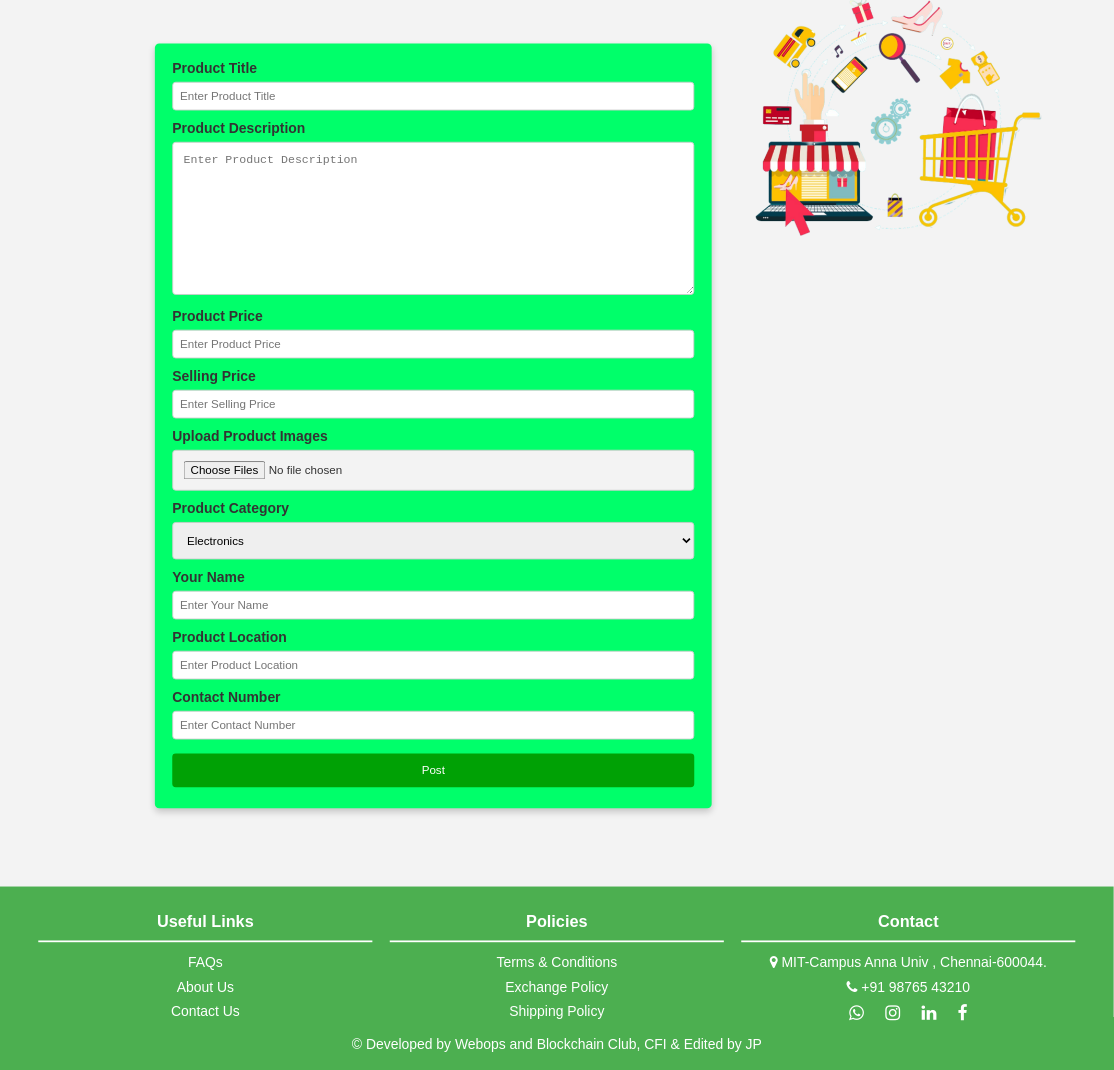
Repository: John-Prabu-A/web-dev-summer-school
Page: Session_1_Assignment/sell.html
These files come from the project's save history. The page is drawn as it stood at one moment and after the next save; the edit follows.
The browser window is 1280 px wide. The pictures show the whole page, at 87% of full size.

Above is the page before, as saved 2024-06-20 15:41:32.

### Session_1_Assignment/sell.html
<!DOCTYPE html>
<html lang="en">

<head>
    <meta charset="UTF-8">
    <meta name="viewport" content="width=device-width, initial-scale=1.0">
    <title>InstiOLX</title>
    <link rel="stylesheet" href="Styles.css">
    <link rel="stylesheet" href="https://cdnjs.cloudflare.com/ajax/libs/font-awesome/4.7.0/css/font-awesome.min.css">

    <style>
        body {
            font-family: Arial, Helvetica, sans-serif;
            background-color: #f3f3f3;
        }

        img {
            display:inline;
            position: fixed;
            right: 0;
            padding: 16px;
            bottom: 30dvw;
            width: 40%;
            height: auto;
            z-index: -1;
            box-sizing: border-box;
        }

        .container {
            display:inline-block;
            position: relative;
            padding: 16px;
            background-color: white;
            left: 10%;
            margin: 50px;
            width: 50%;
            border-radius: 10px;
            box-shadow: 0 4px 8px 0 rgba(0, 0, 0, 0.2);
        }

        input[type=text],
        select,
        textarea {
            width: 100%;
            padding: 8px;
            border: 1px solid #ccc;
            border-radius: 4px;
            box-sizing: border-box;
            margin-top: 6px;
            margin-bottom: 12px;
            resize: vertical;
        }

        button {
            background-color: #00a105;
            color: white;
            padding: 12px 20px;
            margin: 4px 0;
            border: none;
            border-radius: 4px;
            cursor: pointer;
            width: 100%;
        }

        button:hover {
            background-color: #007506;
        }

        .container {
            border-radius: 5px;
            background-color: #00ff6a;
            padding: 20px;
        }

        .container label {
            font-weight: bold;
        }

        .container select {
            width: 100%;
            padding: 12px;
            border: 1px solid #ccc;
            border-radius: 4px;
            box-sizing: border-box;
            margin-top: 6px;
            margin-bottom: 12px;
            resize: vertical;
        }

        .container textarea {
            width: 100%;
            padding: 12px;
            border: 1px solid #ccc;
            border-radius: 4px;
            box-sizing: border-box;
            margin-top: 6px;
            margin-bottom: 12px;
            resize: vertical;
        }

        .container input[type=file] {
            width: 100%;
            padding: 12px;
            border: 1px solid #ccc;
            background-color: #f3f3f3;
            border-radius: 4px;
            box-sizing: border-box;
            margin-top: 6px;
            margin-bottom: 12px;
            resize: vertical;
        }
    </style>
</head>

<body>
    <img src="/Session_1_Assignment/sell-page-bg.png" alt="sell-page-image">
    <form action="" class="container" method="post">
        <label for="product-title"><b>Product Title</b></label>
        <input type="text" placeholder="Enter Product Title" name="product-title" required>

        <Lable for="product-description"><b>Product Description</b></Lable>
        <textarea name="product-description" id="product-description" cols="30" rows="10"
            placeholder="Enter Product Description" required></textarea>

        <label for="product-price"><b>Product Price</b></label>
        <input type="text" placeholder="Enter Product Price" name="product-price" required>

        <label for="selling-price"><b>Selling Price</b></label>
        <input type="text" placeholder="Enter Selling Price" name="selling-price" required>

        <!-- multiple photo upload -->
        <label for="product-image"><b>Upload Product Images</b></label>
        <input type="file" name="product-image" id="product-image" multiple required>

        <label for="product-category"><b>Product Category</b></label>
        <select name="product-category" id="product-category" required>
            <option value="electronics">Electronics</option>
            <option value="furniture">Furniture</option>
            <option value="vehicles">Vehicles</option>
            <option value="clothing">Clothing</option>
            <option value="books">Books</option>
            <option value="miscellaneous">Miscellaneous</option>
            <option value="other">Other</option>
        </select>

        <label for="seller-name"><b>Your Name</b></label>
        <input type="text" placeholder="Enter Your Name" name="seller-name" required>

        <label for="product-location"><b>Product Location</b></label>
        <input type="text" placeholder="Enter Product Location" name="product-location" required>

        <label for="product-contact"><b>Contact Number</b></label>
        <input type="text" placeholder="Enter Contact Number" name="product-contact" required>

        <button type="submit">Post</button>
    </form>
    <footer class="footer">
        <div class="footer-container">
            <div class="footer-column">
                <h3>Useful Links</h3>
                <ul>
                    <li><a href="#">FAQs</a></li>
                    <li><a href="#">About Us</a></li>
                    <li><a href="#">Contact Us</a></li>
                </ul>
            </div>
            <div class="footer-column">
                <h3>Policies</h3>
                <ul>
                    <li><a href="#">Terms & Conditions</a></li>
                    <li><a href="#">Exchange Policy</a></li>
                    <li><a href="#">Shipping Policy</a></li>
                </ul>
            </div>
            <div class="footer-column">
                <h3>Contact</h3>
                <p><i class="fa fa-map-marker"></i> MIT-Campus Anna Univ , Chennai-600044.</p>
                <p><i class="fa fa-phone"></i> +91 98765 43210</p>
                <div class="social-icons">
                    <a href="#" class="fa fa-whatsapp"></a>
                    <a href="#" class="fa fa-instagram"></a>
                    <a href="#" class="fa fa-linkedin"></a>
                    <a href="#" class="fa fa-facebook"></a>
                </div>
            </div>
            © Developed by Webops and Blockchain Club, CFI & Edited by JP
        </div>
    </footer>
</body>

</html>

### Session_1_Assignment/Styles.css
* {
    box-sizing: border-box;
    margin: 0;
    padding: 0;
}

body {
    font-family: 'Gill Sans', 'Gill Sans MT', Calibri, 'Trebuchet MS', sans-serif;
    background-color: white;
    color: #333;
}

header{
    background-color: #4CAF50;
    color: white;
    padding: 20px;
    display: flex;
    justify-content: space-between;
    align-items: center;
    position: fixed;
    width: 100%;
    z-index: 100;
  }
  header #logo {
    font-size: 2em;
  }

  header .navbar a{
    color: white;
    font-weight: bold;
    font-size: 18px;
    padding: 12px 15px;
    text-decoration: none;
  }
  header .navbar a:hover{
    background-color: #45a049;
  }
.banner {
    position: relative;
    padding: 60px 0 0 0;
}

.banner img {
    width: 100%;
}

.search-bar {
    margin: 20px;
    display: flex;
    justify-content: center;
}

.search-bar input[type="text"] {
    width: 300px;
    padding: 10px;
    border: 2px solid #4CAF50;
    border-radius: 5px 0 0 5px;
    border-right: 0;
    outline: none;             /*On starting to type it creates balck border by default,so to avoid it v use this*/
}

.search-bar button {
    padding: 10px 20px;
    border: 2px solid #4CAF50;
    border-left: 0;
    background-color: #4CAF50;
    color: white;
    cursor: pointer;
    border-radius: 0 5px 5px 0;
}

.search-bar button:hover {
    background-color: #45a049;
}

.slideshow-container {
    display: flex;
    justify-content: center;
    gap: 50px;
    flex-wrap: wrap;
}

.slideshow {
    position: relative;
    width: 350px;
    height: 350px;
    overflow: hidden;
    border-radius: 20px;
    border: 2px solid #ddd;
    box-shadow: 0 0 10px rgba(0, 0, 0, 0.1);
}

.slideshow-image {
    position: absolute;
    width: 100%;
    height: 100%;
    background-size: cover;
    opacity: 0;
    animation-iteration-count: infinite;
}

.image1 { background-image: url('https://encrypted-tbn0.gstatic.com/images?q=tbn:ANd9GcQVwGVsuaL7RGKo6A_Sqq83s5_6XYFMhHsjug&s');
          animation-name: fade1;
          animation-duration: 4s; }
.image2 { background-image: url('https://5.imimg.com/data5/WS/NI/FV/SELLER-11710265/mad-maxx-bicycles-avengers-single-kids-cycle-500x500.jpg');
          animation-name: fade2;
          animation-duration: 4s; }
.image3 { background-image: url('https://5.imimg.com/data5/SELLER/Default/2022/7/YX/MH/UK/153492086/pulsar-150cc-twin-disk-500x500.png');
          animation-name: fade3;
          animation-duration: 4s; }
.image4 { background-image: url('https://cpimg.tistatic.com/07673503/b/4/Toyota-Innova-Crysta.jpg');
          animation-name: fade1;
          animation-duration: 4s; }
.image5 { background-image: url('https://tiimg.tistatic.com/fp/1/007/862/most-advanced-modern-premium-lg-7-kg-front-fully-automatic-washing-machine-255.jpg');
          animation-name: fade2;
          animation-duration: 4s; }
.image6 { background-image: url('https://5.imimg.com/data5/SELLER/Default/2022/3/MI/KE/UL/19250422/whirlpool-1-0-ton-3-star-inverter-split-ac-500x500.jpg');
          animation-name: fade3;
          animation-duration: 4s; }
.image7 { background-image: url('https://5.imimg.com/data5/SELLER/Default/2021/8/HZ/XR/AC/8962391/household-vacuum-cleaner-500x500.jpg');
          animation-name: fade1;
          animation-duration: 4s; }
.image8 { background-image: url('https://static.nbastore.in/resized/500X500/50/nba-authentic-series-indoor-outdoor-basketball-size-7-brown-65146fd7e6af2.jpg');
          animation-name: fade2;
          animation-duration: 4s; }
.image9 { background-image: url('https://m.media-amazon.com/images/I/61KOc8c4xQL._SL1200_.jpg');
          animation-name: fade3;
          animation-duration: 4s; }

@keyframes fade1 {
    0%, 33.33% { opacity: 1; }
    33.34%, 100% { opacity: 0; }
}
@keyframes fade2 {
    0%, 33.33% { opacity: 0; }
    33.34%, 66.66% { opacity: 1; }
    66.67%, 100% { opacity: 0; }
}
@keyframes fade3 {
    0%, 66.66% { opacity: 0; }
    66.67%, 100% { opacity: 1; }
}

.container {
    position: relative;
    max-width: 100%;
  }

    .image {
        opacity: 1;
        display: block;
        width: 100%;
        height: auto;
    }

  .middle {
    opacity: 0;
    position: absolute;
    top: 50%;
    left: 50%;
    transform: translate(-50%, -50%);
    text-align: center;
  }
  .text {
    color: #4CAF50;
    font-size: 16px;
    padding: 16px 32px;
    font-weight: bold;
  }
  .container:hover .image {
    opacity: 0.3;
  }

  .container:hover .middle {
    opacity: 1;
  }


.product-listings {
    display: flex;
    flex-wrap: wrap;
    justify-content: center;
    margin: 20px;
    border: 5px solid #4CAF50;
    border-radius: 15px;
    padding: 25px;
}

.product {
    background-color: white;
    border: 2px solid #e0e0e0;
    border-radius: 10px;
    margin: 30px;
    padding: 15px;
    width: 220px;
    text-align: center;
    transition: transform 0.5s, box-shadow 0.3s;
}

.product:hover {
    box-shadow: 0 4px 8px rgba(0, 0, 0, 0.2);
    transform: scale(1.05);
}

.product img {
    max-width: 100%;
    border-bottom: 1px solid #e0e0e0;
    margin-bottom: 10px;
}

.product-info h2 {
    font-size: 1.2em;
    margin-bottom: 10px;
    color: #4CAF50;
}

.product-info p {
    font-size: 1em;
    color: #777;
}

.footer {
    background-color: #4CAF50;
    color: white;
    text-align: center;
    padding: 20px 0;
    margin-top: 40px;
}

.footer-container {
    display: flex;
    flex-wrap: wrap;
    justify-content: center;
}

.footer-column {
    width: 30%;
    margin: 10px;
}

.footer-column h3 {
    border-bottom: 2px solid #fff;
    padding-bottom: 10px;
    margin-bottom: 15px;
}

.footer-column ul {
    list-style-type: none;
}

.footer-column ul li {
    margin: 10px ;
}

.footer-column ul li a {
    color: white;
    text-decoration: none;
}

.footer-column p {
    margin-top: 10px;
}

.footer-column .social-icons {
    margin-top: 10px;
}

.footer-column .social-icons a {
    color: white;
    text-decoration: none;
    margin: 0 10px;
    font-size: 20px;
}

After the next save:
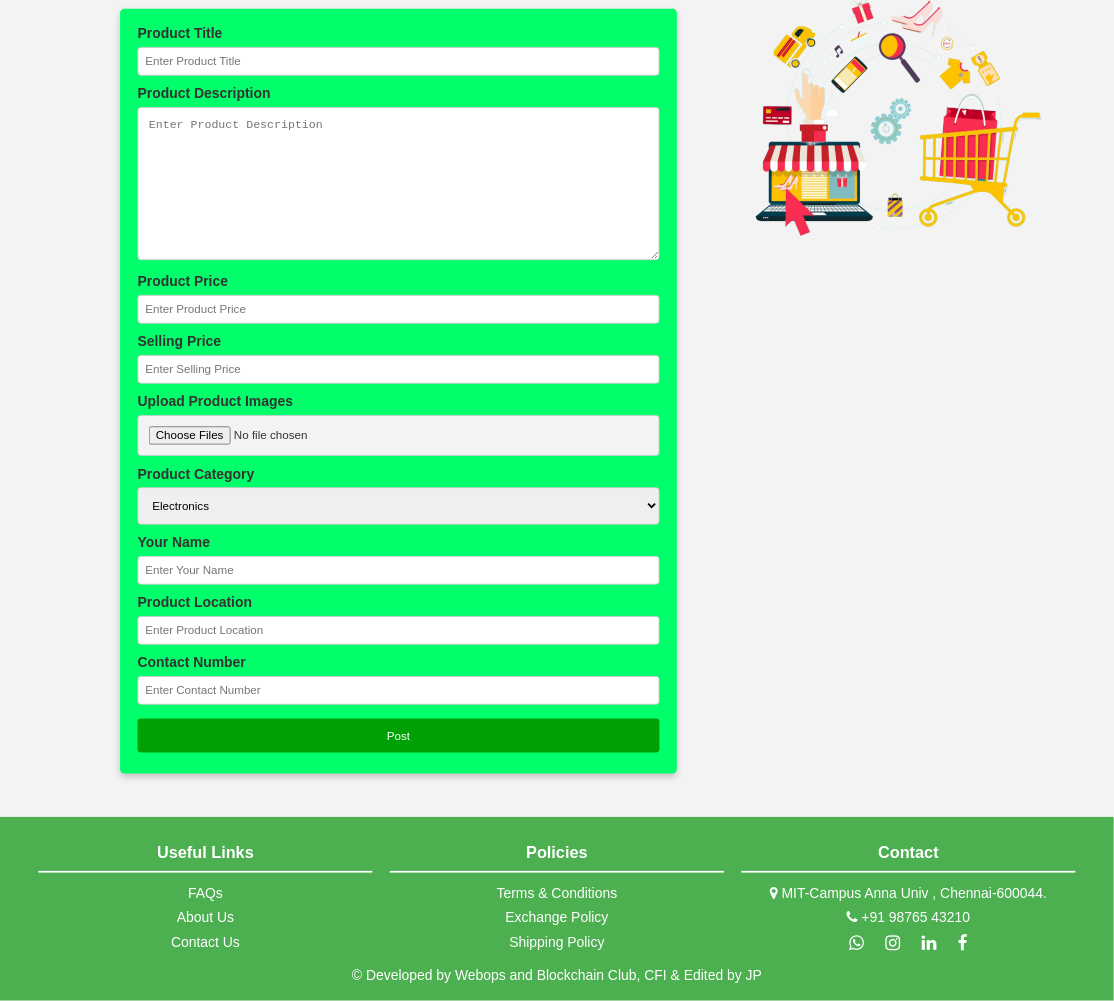
Saved 11 s later.
--- a/Session_1_Assignment/sell.html
+++ b/Session_1_Assignment/sell.html
@@ -32,7 +32,7 @@
             padding: 16px;
             background-color: white;
             left: 10%;
-            margin: 50px;
+            margin: 10px;
             width: 50%;
             border-radius: 10px;
             box-shadow: 0 4px 8px 0 rgba(0, 0, 0, 0.2);

After the save that followed:
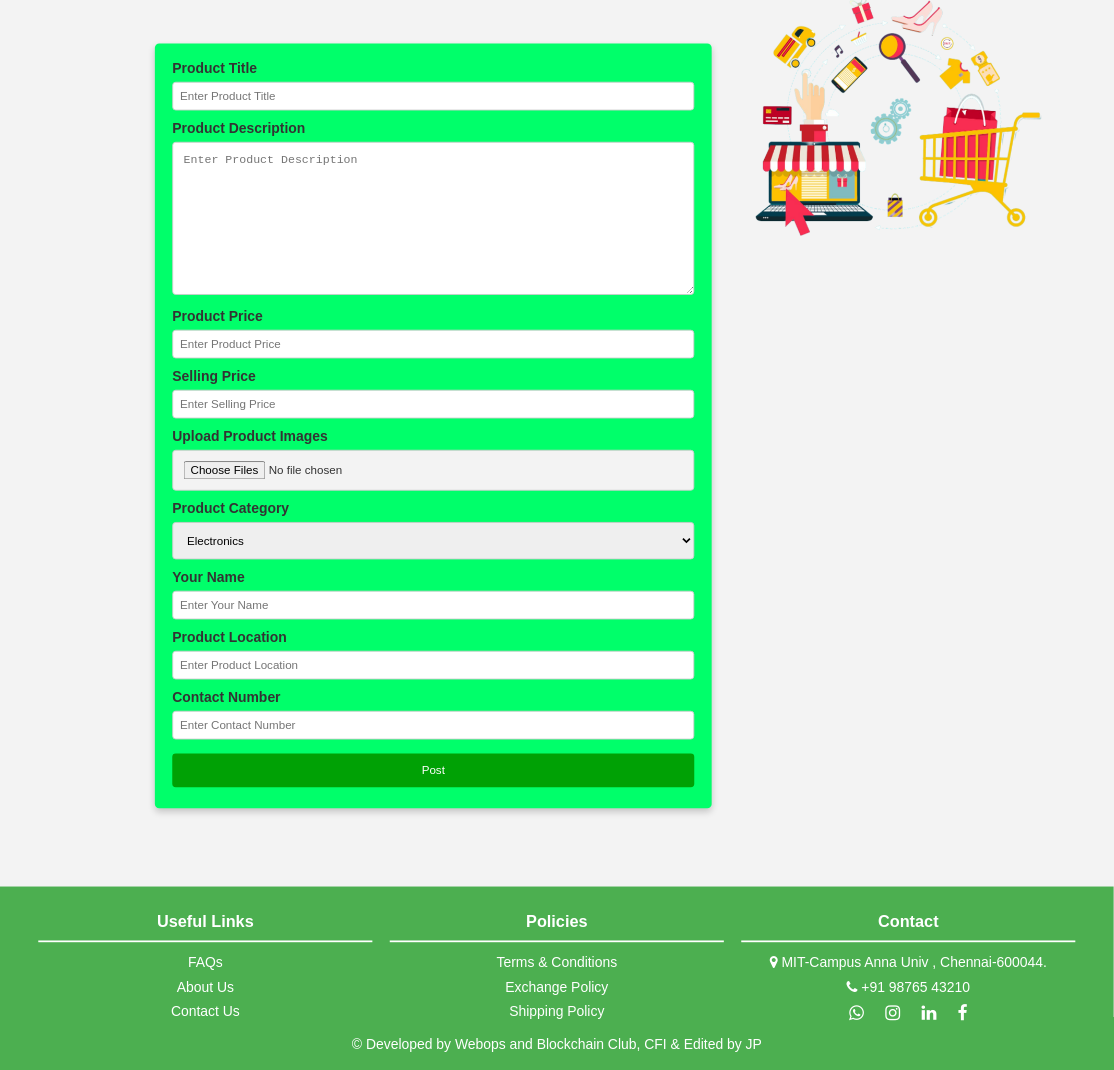
Saved 6 s later.
--- a/Session_1_Assignment/sell.html
+++ b/Session_1_Assignment/sell.html
@@ -32,7 +32,7 @@
             padding: 16px;
             background-color: white;
             left: 10%;
-            margin: 10px;
+            margin: 50px;
             width: 50%;
             border-radius: 10px;
             box-shadow: 0 4px 8px 0 rgba(0, 0, 0, 0.2);
